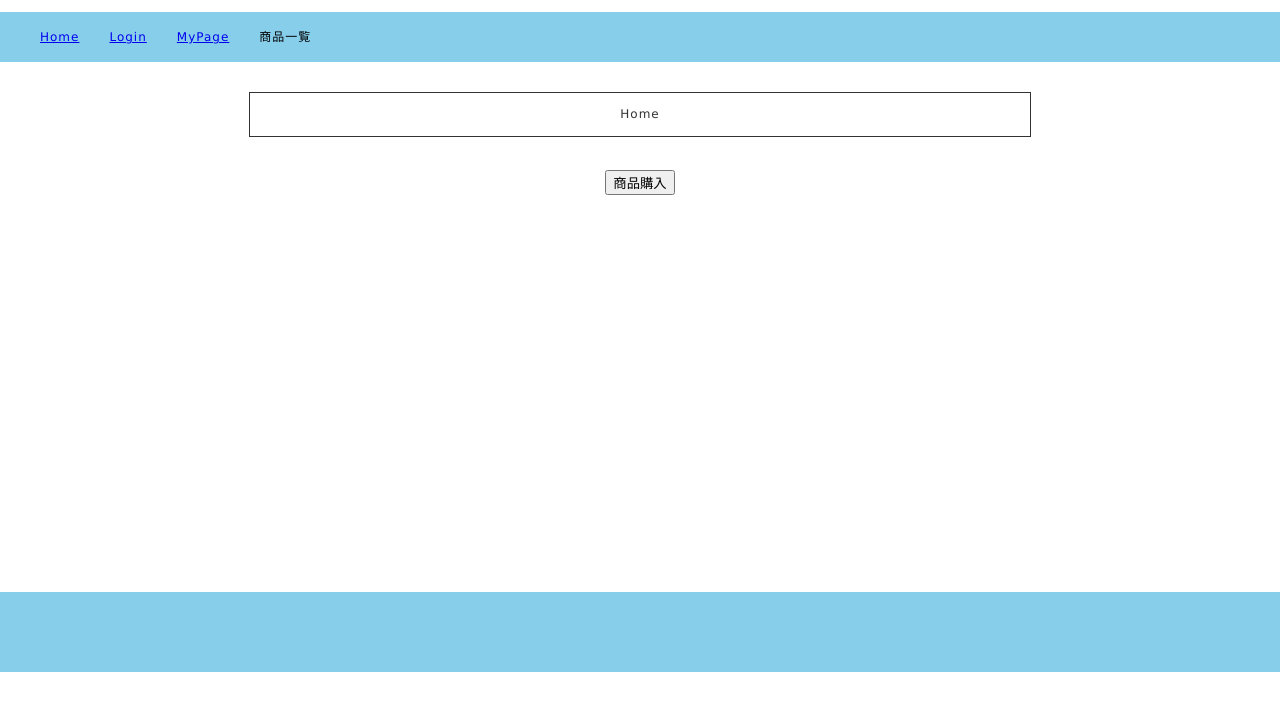
Repository: RYOYAEGAWA/test
Page: http://localhost/ecsite_a/
These files come from the project's save history. The page is drawn as it stood at one moment and after the next save; the edit follows.
The browser window is 1280 px wide. The pictures show the whole page.
The page is served by Tomcat 9. Other server files are loaded and not shown.

Above is the page before, as saved 2018-05-18 08:06:03.

### java/Eclipse_Data/ecsite_a/WebContent/home.jsp
<%@ page language="java" contentType="text/html; charset=UTF-8" pageEncoding="UTF-8"%>
<%@ taglib prefix="s" uri="/struts-tags" %>

<!DOCTYPE html>
<html>
<head>
		<meta http-equiv="Content-Type" content="text/html; charset=utf-8"/>
		<meta http-equiv="Content-Style-Type" content="text/css" />
		<meta http-equiv="Content-Script-Type" content="text/javascript" />
		<meta http-equiv="imagetoolbar" content="no" />
		<meta name="description" content="" />
		<meta name="keywords" content="" />
		<title>Home画面</title>

		<style type="text/css">
			body {
			margin:0;
			padding:0;
			line-height:1.6;
			letter-spacing:1px;
			font-family:Verdana, Helvetica, sans-serif;
			font-size:12px;
			color:#333;
			background:#fff;
			}

			table {
			text-align:center;
			margin:0 auto;
			}

			#top {
			width:780px;
			margin:30px auto;
			border:1px solid #333;
			}

			/* #header {
			width:100%;
			height:80px;
			background-color:black;
			} */

			#main {
			width:100%;
			height:500px;
			text-align:center;
			}

			#footer {
			width:100%;
			height:80px;
			background-color:skyblue;
			clear:both;
			}
			#text-center {
			display: inline-block;
			text-align: center;
}
		</style>

</head>
<body>
<s:include value="Header.jsp"></s:include>
		<!-- <div id="header">
			<div id ="pr">
			</div>
		</div> -->
		<div id="main">
			<div id="top">
				<p>Home</p>
			</div>
			<div id="text-center">
				<s:form action="HomeAction">
						<s:submit value="商品購入"/>
				</s:form>
				<s:if test="#session.id != null">
						<p>ログアウトする場合は
								<a href= '<s:url action="LogoutAction" />'>こちら</a></p>
				</s:if>
				</div>
			</div>
			<div id="footer">
					<div id="pr">
					</div>
			</div>

</body>
</html>

### java/Eclipse_Data/ecsite_a/WebContent/Header.jsp
<%@ page language="java" contentType="text/html; charset=UTF-8" pageEncoding="UTF-8"%>
<%@ taglib prefix="s" uri="/struts-tags" %>

<!DOCTYPE html>
<html>
<head>
		<meta http-equiv="Content-Type" content="text/html; charset=utf-8"/>
		<meta http-equiv="Content-Style-Type" content="text/css" />
		<meta http-equiv="Content-Script-Type" content="text/javascript" />
		<meta http-equiv="imagetoolbar" content="no" />
		<meta name="description" content="" />
		<meta name="keywords" content="" />
		<title>header表示</title>

		<style type="text/css">
		.contents {
		height:50px;
		width:100%;
		background-color:skyblue;
		line-height:30px;
		}

		li{
		float:left;
		list-style:none;
		color:black;
		padding-right:30px;
		padding-top:10px;


		}

		</style>
</head>
<body>

<header>
	<div class="contents">
		<ul>
			<li><a href='<s:url action="GoHomeAction"/>'>Home</a></li>
			<li><a href='<s:url action="HomeAction"/>'>Login</a></li>
			<li><a href='<s:url action="MyPageAction"/>'>MyPage</a></li>
			<li>商品一覧</li>
		</ul>
	</div>
</header>





</body>
</html>

After the next save:
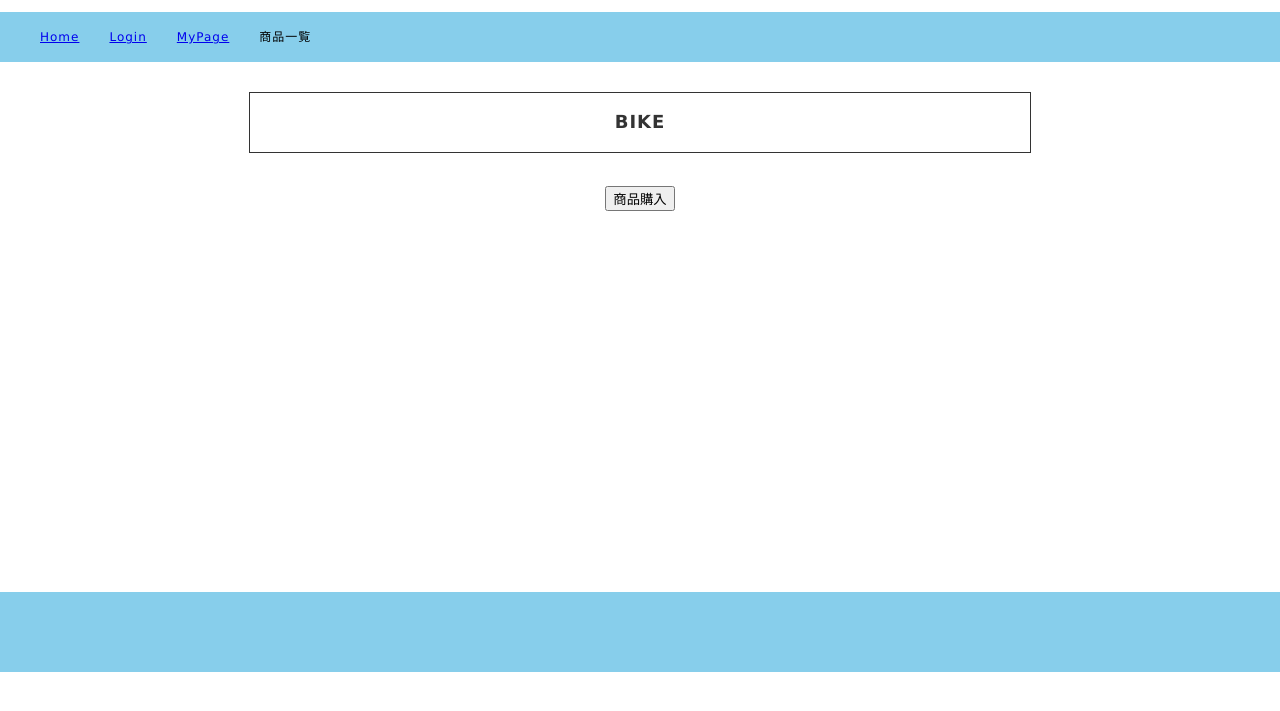
Saved 24 min 58 s later.
--- a/java/Eclipse_Data/ecsite_a/WebContent/home.jsp
+++ b/java/Eclipse_Data/ecsite_a/WebContent/home.jsp
@@ -68,7 +68,7 @@
 		</div> -->
 		<div id="main">
 			<div id="top">
-				<p>Home</p>
+				<h2>BIKE</h2>
 			</div>
 			<div id="text-center">
 				<s:form action="HomeAction">
